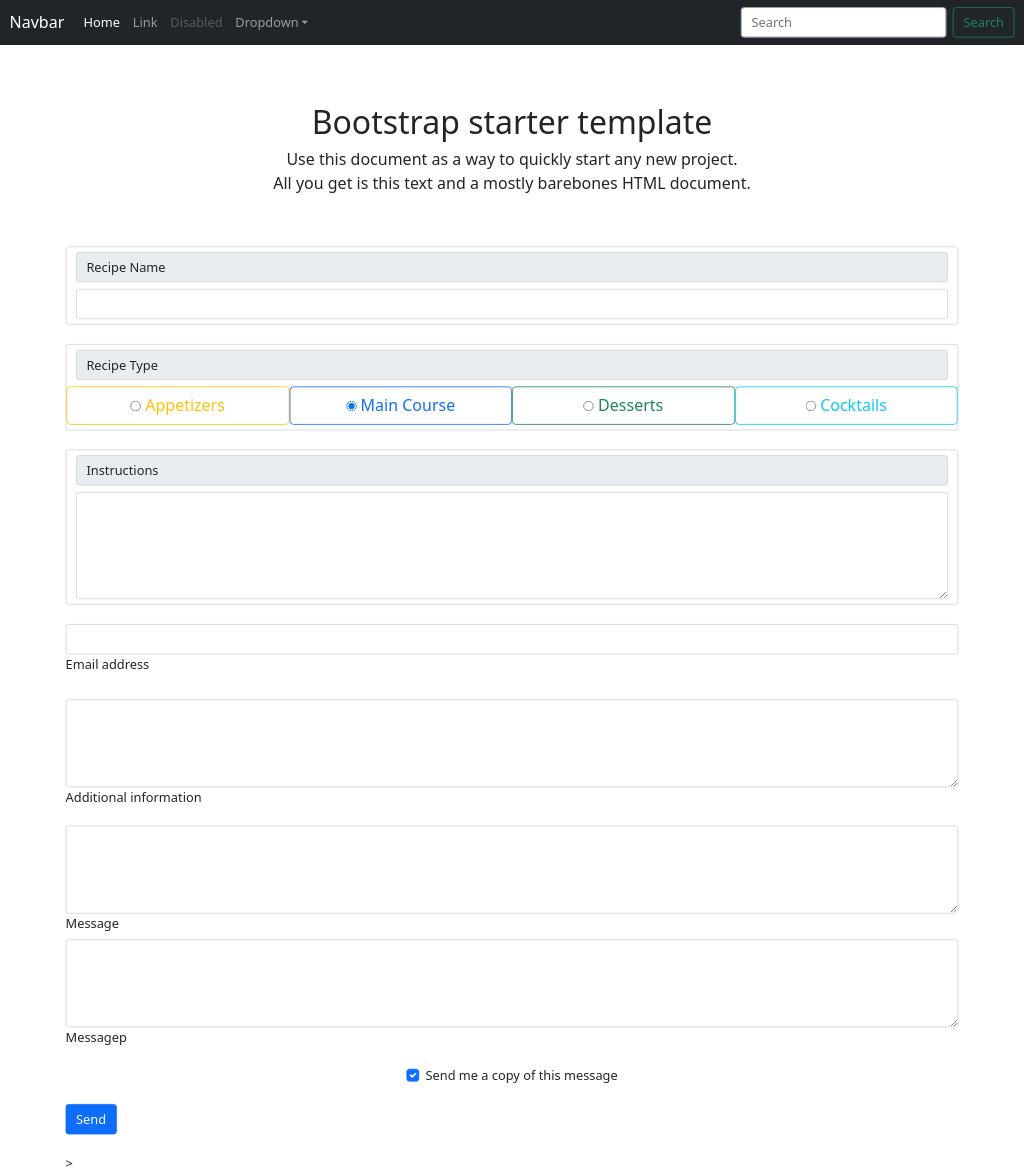
Repository: jerrywthompson/createRecipeWebpageHTML
Page: index.html
These files come from the project's save history. The page is drawn as it stood at one moment and after the next save; the edit follows.
The browser window is 1280 px wide. The pictures show the whole page, at 80% of full size.

Above is the page before, as saved 2021-02-23 23:12:35.

After the next save:
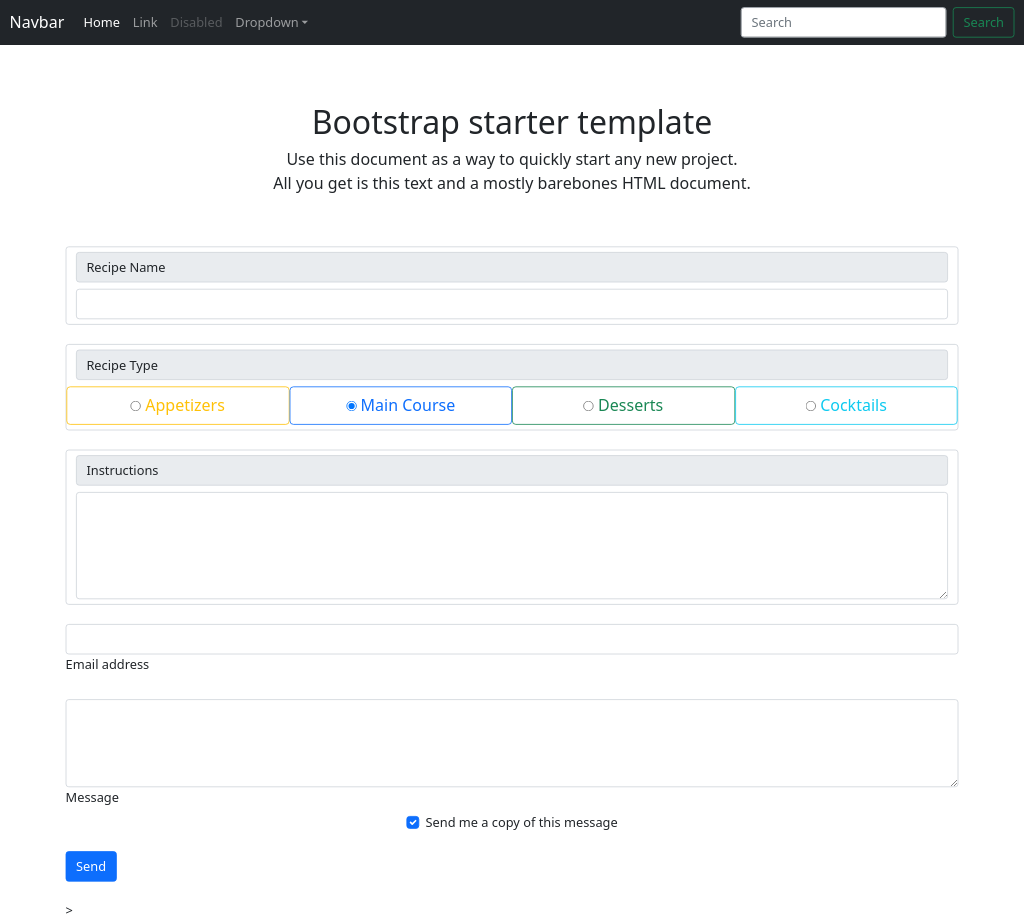
Saved 85 s later.
--- a/index.html
+++ b/index.html
@@ -123,21 +123,10 @@
                             <label class="form-label" for="form4Example2">Email address</label>
                         </div>
 
-                        <div class="form-outline mb-4">
-                            <textarea class="form-control" id="form6Example7" rows="4"></textarea>
-                            <label class="form-label-prepend" >Additional information</label>
-                        </div>
-
                         <div class="form-outline">
                             <textarea class="form-control" id="textAreaExample" rows="4"></textarea>
                             <label class="form-label" for="textAreaExample">Message</label>
                           </div>
-
-                        <!-- Message input -->
-                        <div class="form-outline mb-4">
-                            <textarea class="form-control" name="comments" id="form4Example3" rows="4"></textarea>
-                            <label class="form-label-prepend" for="form4Example3">Messagep</label>
-                        </div>
 
                         <!-- Checkbox -->
                         <div class="form-check d-flex justify-content-center mb-4">
